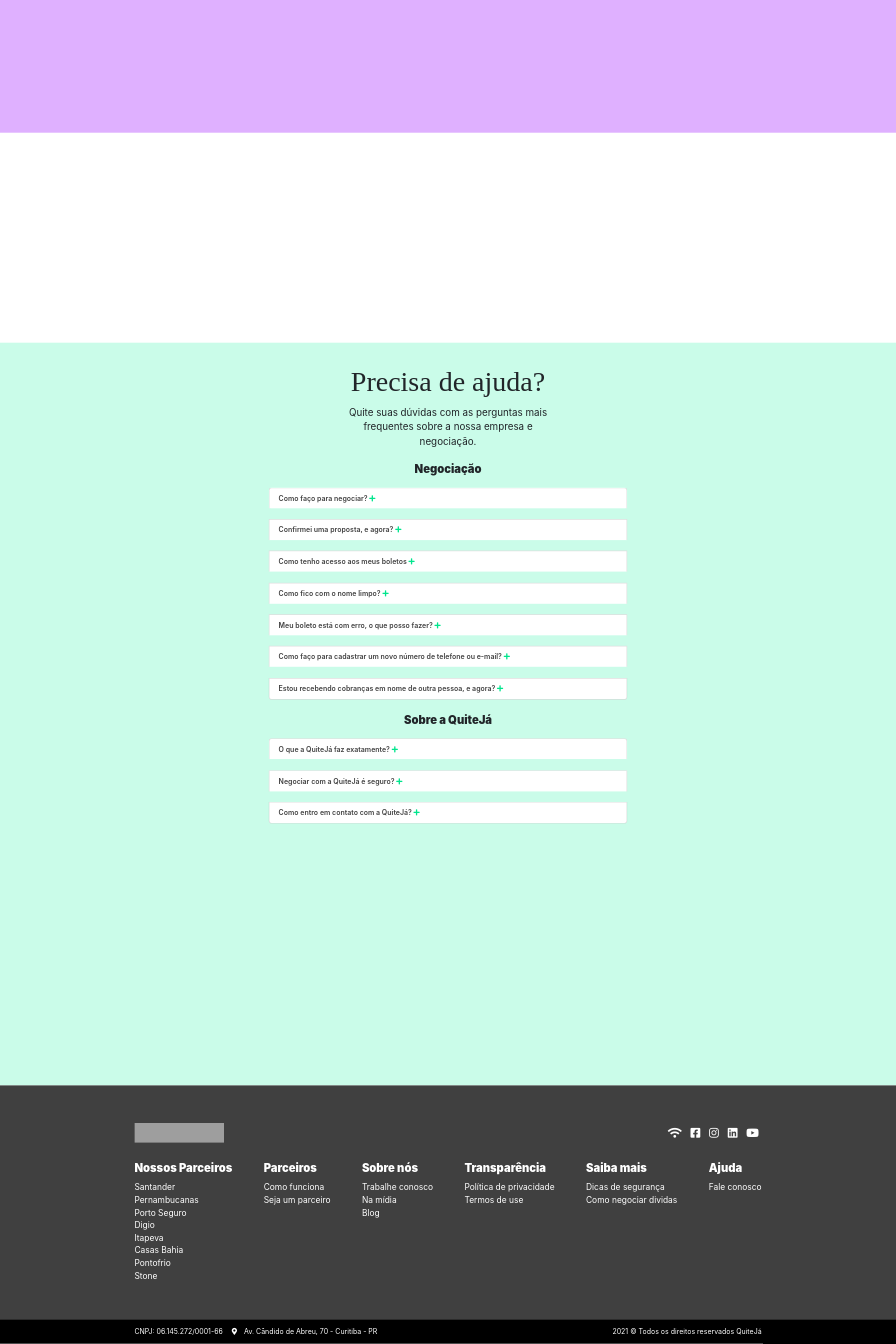
Repository: dasilvaoscar/estudos
Page: Layouts/index.html
An editor plug-in stored every save of this project. The page is shown before and after a run of saves, followed by the edit.
The browser window is 1280 px wide. The pictures show the part of the page from y = 3191 to 5111 px (the page is 5111 px tall), at 70% of full size.
Pictures or frames that could not be fetched are drawn as grey boxes. Some web fonts or font styles are not loaded; a fallback is used.

Above is the page before, as saved 2021-01-29 13:11:51.

### Layouts/index.html
<!doctype html>
<html lang="pt-BR">

<head>
    <title>QuiteJá</title>
    <!-- Required meta tags -->
    <meta charset="utf-8">
    <meta name="viewport" content="width=device-width, initial-scale=1, shrink-to-fit=no">
    <meta http-equiv="X-UA-Compatible" content="ie=edge" />
    <link rel="preconnect" href="https://fonts.gstatic.com">
    <link href="https://fonts.googleapis.com/css2?family=Fredoka+One&display=swap" rel="stylesheet">

    <!-- Bootstrap CSS -->
    <link rel="shortcut icon" href="./assets/img/favicon.png" type="image/x-icon">
    <link href="./assets/css/normalize.css" rel="stylesheet" />
    <link href="./assets/css/reset.css" rel="stylesheet" />
    <link rel="stylesheet" href="https://stackpath.bootstrapcdn.com/bootstrap/4.3.1/css/bootstrap.min.css"
        integrity="sha384-ggOyR0iXCbMQv3Xipma34MD+dH/1fQ784/j6cY/iJTQUOhcWr7x9JvoRxT2MZw1T" crossorigin="anonymous">
    <link href="./assets/css/style.css" rel="stylesheet" />
</head>

<body>
    <section class="warning">
        <p class="warning-text">
            <span>Aviso: </span>Não realizamos nenhuma negociação por WhatsApp ou Facebook.
            Negociamos somente aqui no nosso site
            <a class="close-link">
                <i class="fas fa-times"></i>
            </a>
        </p>
    </section>
    <header>
        <figure>
            <img src="./assets/img/logo-quiteja.png" alt="Logo QuiteJá" title="Logo QuiteJá">
        </figure>
        <nav>
            <ul class="nav-bar-links">
                <li>
                    <a href="#">Home</a>
                </li>
                <li>
                    <a href="#">Sobre nós</a>
                </li>
                <li>
                    <a href="#">Parceiros
                        <i class="fas fa-angle-down menu-icons"></i>
                    </a>
                </li>
                <li>
                    <a href="#">Blog</a>
                </li>
                <li>
                    <a href="#">Saiba Mais
                        <i class="fas fa-angle-down menu-icons"></i>
                    </a>
                </li>
                <li>
                    <a href="#">Ajuda</a>
                </li>
                <li>
                    <a class="btn btn-primary btn-billet" href="#" role="button">Meus boletos</a>
                </li>
                <li>
                    <a href=""><i class="fa fa-search" aria-hidden="true"></i></a>
                </li>
            </ul>
        </nav>
    </header>
    <article>
        <section class="negotiate-your-debts"></section>
        <section class="clean-your-name"></section>
        <section class="partners"></section>
        <section class="how-we-do-it-differently"></section>
        <section class="help-a-millions"></section>
        <section class="our-clients"></section>
        <section class="help">
            <div class="help-content">
                <h1>Precisa de ajuda?</h1>
                <p>
                    Quite suas dúvidas com as perguntas mais
                    frequentes sobre a nossa empresa e negociação.
                </p>
            </div>
            <h6>Negociação</h6>
            <div class="accordion" id="accordionExample">
                <div class="card card-help">
                    <div id="headingOne">
                        <h2 class="mb-0">
                            <button class="btn btn-link btn-block text-left btn-help" type="button"
                                data-toggle="collapse" data-target="#collapseOne" aria-expanded="false"
                                aria-controls="collapseOne">
                                Como faço para negociar? <i class="fa fa-plus" aria-hidden="true"></i>
                            </button>
                        </h2>
                    </div>

                    <div id="collapseOne" class="collapse" aria-labelledby="headingOne" data-parent="#accordionExample">
                        <div class="card-body">
                            Some placeholder content for the first accordion panel. This panel is shown by default,
                            thanks to the <code>.show</code> class.
                        </div>
                    </div>
                </div>
                <div class="card card-help">
                    <div id="headingTwo">
                        <h2 class="mb-0">
                            <button class="btn btn-link btn-block text-left collapsed btn-help" type="button"
                                data-toggle="collapse" data-target="#collapseTwo" aria-expanded="false"
                                aria-controls="collapseTwo">
                                Confirmei uma proposta, e agora? <i class="fa fa-plus" aria-hidden="true"></i>
                            </button>
                        </h2>
                    </div>
                    <div id="collapseTwo" class="collapse" aria-labelledby="headingTwo" data-parent="#accordionExample">
                        <div class="card-body">

                        </div>
                    </div>
                </div>
                <div class="card card-help">
                    <div id="headingThree">
                        <h2 class="mb-0">
                            <button class="btn btn-link btn-block text-left collapsed btn-help" type="button"
                                data-toggle="collapse" data-target="#collapseThree" aria-expanded="false"
                                aria-controls="collapseThree">
                                Como tenho acesso aos meus boletos <i class="fa fa-plus" aria-hidden="true"></i>
                            </button>
                        </h2>
                    </div>
                    <div id="collapseThree" class="collapse" aria-labelledby="headingThree"
                        data-parent="#accordionExample">
                        <div class="card-body">
                            And lastly, the placeholder content for the third and final accordion panel. This panel
                            is hidden by default.
                        </div>
                    </div>
                </div>
                <div class="card card-help">
                    <div id="headingFour">
                        <h2 class="mb-0">
                            <button class="btn btn-link btn-block text-left collapsed btn-help" type="button"
                                data-toggle="collapse" data-target="#collapseFour" aria-expanded="false"
                                aria-controls="collapseFour">
                                Como fico com o nome limpo? <i class="fa fa-plus" aria-hidden="true"></i>
                            </button>
                        </h2>
                    </div>
                    <div id="collapseFour" class="collapse" aria-labelledby="headingFour"
                        data-parent="#accordionExample">
                        <div class="card-body">
                            And lastly, the placeholder content for the third and final accordion panel. This panel
                            is hidden by default.
                        </div>
                    </div>
                </div>
                <div class="card card-help">
                    <div id="headingFive">
                        <h2 class="mb-0">
                            <button class="btn btn-link btn-block text-left collapsed btn-help" type="button"
                                data-toggle="collapse" data-target="#collapseFive" aria-expanded="false"
                                aria-controls="collapseFive">
                                Meu boleto está com erro, o que posso fazer? <i class="fa fa-plus" aria-hidden="true"></i>
                            </button>
                        </h2>
                    </div>
                    <div id="collapseFive" class="collapse" aria-labelledby="headingFive"
                        data-parent="#accordionExample">
                        <div class="card-body">
                            And lastly, the placeholder content for the third and final accordion panel. This panel
                            is hidden by default.
                        </div>
                    </div>
                </div>
                <div class="card card-help">
                    <div id="headingSix">
                        <h2 class="mb-0">
                            <button class="btn btn-link btn-block text-left collapsed btn-help" type="button"
                                data-toggle="collapse" data-target="#collapseSix" aria-expanded="false"
                                aria-controls="collapseSix">
                                Como faço para cadastrar um novo número de telefone ou e-mail? <i class="fa fa-plus" aria-hidden="true"></i>
                            </button>
                        </h2>
                    </div>
                    <div id="collapseSix" class="collapse" aria-labelledby="headingSix" data-parent="#accordionExample">
                        <div class="card-body">
                            And lastly, the placeholder content for the third and final accordion panel. This panel
                            is hidden by default.
                        </div>
                    </div>
                </div>
                <div class="card card-help">
                    <div id="headingSeven">
                        <h2 class="mb-0">
                            <button class="btn btn-link btn-block text-left collapsed btn-help" type="button"
                                data-toggle="collapse" data-target="#collapseSeven" aria-expanded="false"
                                aria-controls="collapseSeven">
                                Estou recebendo cobranças em nome de outra pessoa, e agora? <i class="fa fa-plus" aria-hidden="true"></i>
                            </button>
                        </h2>
                    </div>
                    <div id="collapseSeven" class="collapse" aria-labelledby="headingSeven"
                        data-parent="#accordionExample">
                        <div class="card-body">
                            And lastly, the placeholder content for the third and final accordion panel. This panel
                            is hidden by default.
                        </div>
                    </div>
                </div>
            </div>

            <h6>Sobre a QuiteJá</h6>
            <div class="accordion" id="accordionExample">
                <div class="card card-help">
                    <div id="headingEight">
                        <h2 class="mb-0">
                            <button class="btn btn-link btn-block text-left btn-help" type="button"
                                data-toggle="collapse" data-target="#collapseEight" aria-expanded="false"
                                aria-controls="collapseEight">
                                O que a QuiteJá faz exatamente? <i class="fa fa-plus" aria-hidden="true"></i>
                            </button>
                        </h2>
                    </div>

                    <div id="collapseEight" class="collapse" aria-labelledby="headingEight"
                        data-parent="#accordionExample">
                        <div class="card-body">
                            Some placeholder content for the first accordion panel. This panel is shown by default,
                            thanks to the <code>.show</code> class.
                        </div>
                    </div>
                </div>
                <div class="card card-help">
                    <div id="headingNine">
                        <h2 class="mb-0">
                            <button class="btn btn-link btn-block text-left collapsed btn-help" type="button"
                                data-toggle="collapse" data-target="#collapseNine" aria-expanded="false"
                                aria-controls="collapseNine">
                                Negociar com a QuiteJá é seguro? <i class="fa fa-plus" aria-hidden="true"></i>
                            </button>
                        </h2>
                    </div>
                    <div id="collapseNine" class="collapse" aria-labelledby="headingNine"
                        data-parent="#accordionExample">
                        <div class="card-body">
                            Some placeholder content for the second accordion panel. This panel is hidden by
                            default.
                        </div>
                    </div>
                </div>
                <div class="card card-help">
                    <div id="headingTen">
                        <h2 class="mb-0">
                            <button class="btn btn-link btn-block text-left collapsed btn-help" type="button"
                                data-toggle="collapse" data-target="#collapseTen" aria-expanded="false"
                                aria-controls="collapseTen">
                                Como entro em contato com a QuiteJá? <i class="fa fa-plus" aria-hidden="true"></i>
                            </button>
                        </h2>
                    </div>
                    <div id="collapseTen" class="collapse" aria-labelledby="headingTen" data-parent="#accordionExample">
                        <div class="card-body">
                            And lastly, the placeholder content for the third and final accordion panel. This panel
                            is hidden by default.
                        </div>
                    </div>
                </div>
            </div>
        </section>
    </article>
    <footer>
        <div class="big-footer">
            <div class="big-footer-content">
                <section class="social">
                    <figure class="logo-footer">
                        <img src="./assets/img/footer-logo.png" alt="">
                    </figure>
                    <div class="social-icons">
                        <i class="fas fa-wifi" aria-hidden="true"></i>
                        <i class="fab fa-facebook-square" aria-hidden="true"></i>
                        <i class="fab fa-instagram" aria-hidden="true"></i>
                        <i class="fab fa-linkedin" aria-hidden="true"></i>
                        <i class="fab fa-youtube" aria-hidden="true"></i>
                    </div>
                </section>
                <section class="footer-links">
                    <div class="footer-links-subtitle">
                        <h6>Nossos Parceiros</h6>
                        <a href="#">Santander</a>
                        <a href="#">Pernambucanas</a>
                        <a href="#">Porto Seguro</a>
                        <a href="#">Digio</a>
                        <a href="#">Itapeva</a>
                        <a href="#">Casas Bahia</a>
                        <a href="#">Pontofrio</a>
                        <a href="#">Stone</a>
                    </div>
                    <div class="footer-links-subtitle">
                        <h6>Parceiros</h6>
                        <a href="#">Como funciona</a>
                        <a href="#">Seja um parceiro</a>
                    </div>
                    <div class="footer-links-subtitle">
                        <h6>Sobre nós</h6>
                        <a href="#">Trabalhe conosco</a>
                        <a href="#">Na mídia</a>
                        <a href="#">Blog</a>
                    </div>
                    <div class="footer-links-subtitle">
                        <h6>Transparência</h6>
                        <a href="#">Política de privacidade</a>
                        <a href="#">Termos de use</a>
                    </div>
                    <div class="footer-links-subtitle">
                        <h6>Saiba mais</h6>
                        <a href="#">Dicas de segurança</a>
                        <a href="#">Como negociar dividas</a>
                    </div>
                    <div class="footer-links-subtitle">
                        <h6>Ajuda</h6>
                        <a href="#">Fale conosco</a>
                    </div>
                </section>
            </div>
        </div>
        <div class="little-footer">
            <div class="little-footer-content">
                <section class="information">
                    <p>CNPJ: 06.145.272/0001-66
                        <i class="fas fa-map-marker-alt footer-icons"></i>Av. Cândido de Abreu, 70 - Curitiba - PR
                    </p>
                </section>
                <section class="copyrights">
                    <p>2021 &copy Todos os direitos reservados QuiteJá</p>
                </section>
            </div>
        </div>
    </footer>

    <!-- Optional JavaScript -->
    <!-- jQuery first, then Popper.js, then Bootstrap JS -->
    <link rel="stylesheet" href="https://cdnjs.cloudflare.com/ajax/libs/font-awesome/5.15.2/css/all.min.css"
        integrity="sha512-HK5fgLBL+xu6dm/Ii3z4xhlSUyZgTT9tuc/hSrtw6uzJOvgRr2a9jyxxT1ely+B+xFAmJKVSTbpM/CuL7qxO8w=="
        crossorigin="anonymous" />
    <script src="https://code.jquery.com/jquery-3.3.1.slim.min.js"
        integrity="sha384-q8i/X+965DzO0rT7abK41JStQIAqVgRVzpbzo5smXKp4YfRvH+8abtTE1Pi6jizo" crossorigin="anonymous">
    </script>
    <script src="https://cdnjs.cloudflare.com/ajax/libs/popper.js/1.14.7/umd/popper.min.js"
        integrity="sha384-UO2eT0CpHqdSJQ6hJty5KVphtPhzWj9WO1clHTMGa3JDZwrnQq4sF86dIHNDz0W1" crossorigin="anonymous">
    </script>
    <script src="https://stackpath.bootstrapcdn.com/bootstrap/4.3.1/js/bootstrap.min.js"
        integrity="sha384-JjSmVgyd0p3pXB1rRibZUAYoIIy6OrQ6VrjIEaFf/nJGzIxFDsf4x0xIM+B07jRM" crossorigin="anonymous">
    </script>
</body>

</html>

Loaded but not shown: Layouts/assets/css/normalize.css (library); Layouts/assets/css/reset.css (common file); Layouts/assets/css/style.css (271 lines, source omitted)

After the next 2 saves:
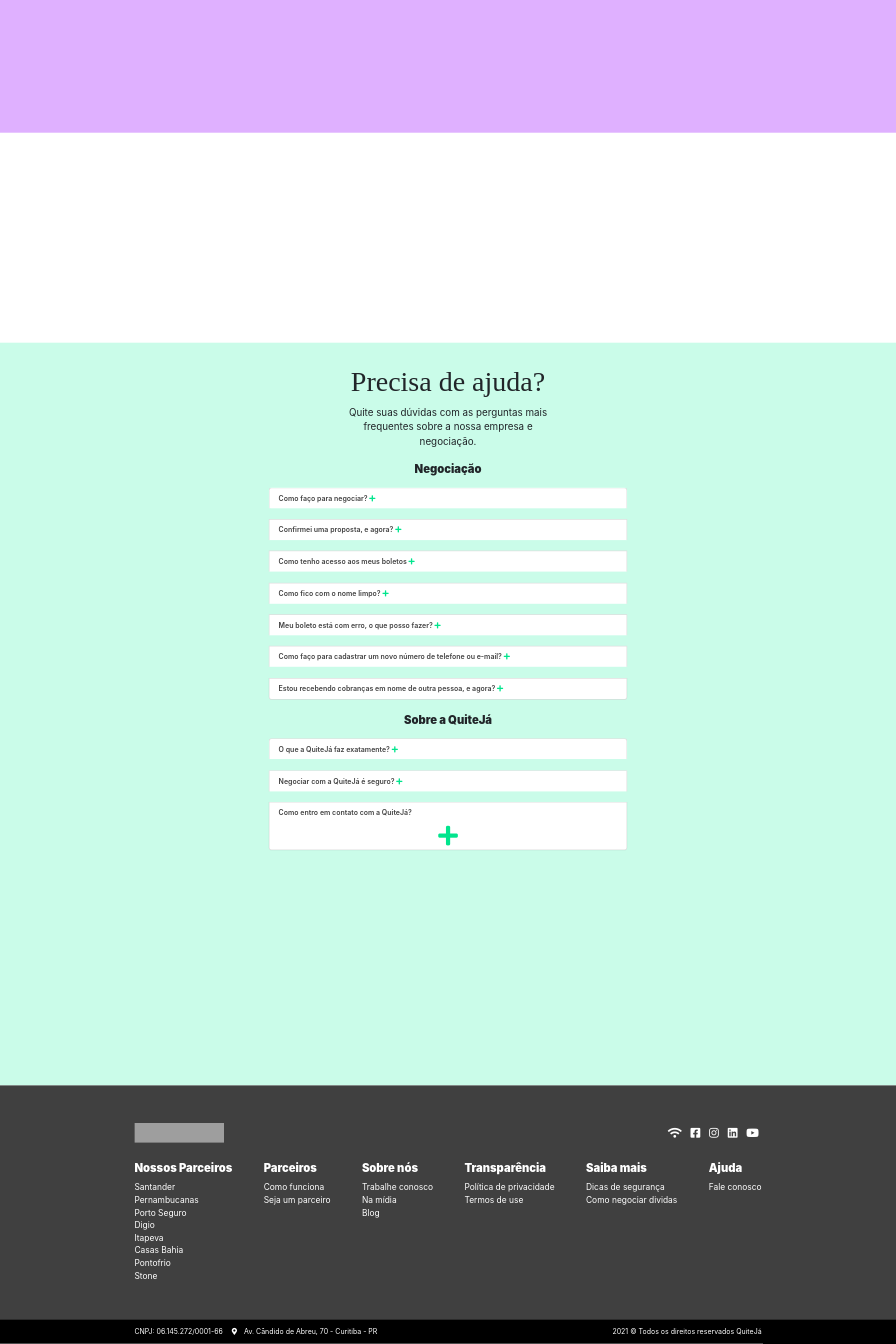
The 2 saves are shown as one change because they came seconds apart.
The last was saved 17 s later.
--- a/Layouts/index.html
+++ b/Layouts/index.html
@@ -253,8 +253,9 @@
                             <button class="btn btn-link btn-block text-left collapsed btn-help" type="button"
                                 data-toggle="collapse" data-target="#collapseTen" aria-expanded="false"
                                 aria-controls="collapseTen">
-                                Como entro em contato com a QuiteJá? <i class="fa fa-plus" aria-hidden="true"></i>
-                            </button>
+                                Como entro em contato com a QuiteJá?
+                            </button>
+                            <i class="fa fa-plus" aria-hidden="true"></i>
                         </h2>
                     </div>
                     <div id="collapseTen" class="collapse" aria-labelledby="headingTen" data-parent="#accordionExample">

After the save that followed:
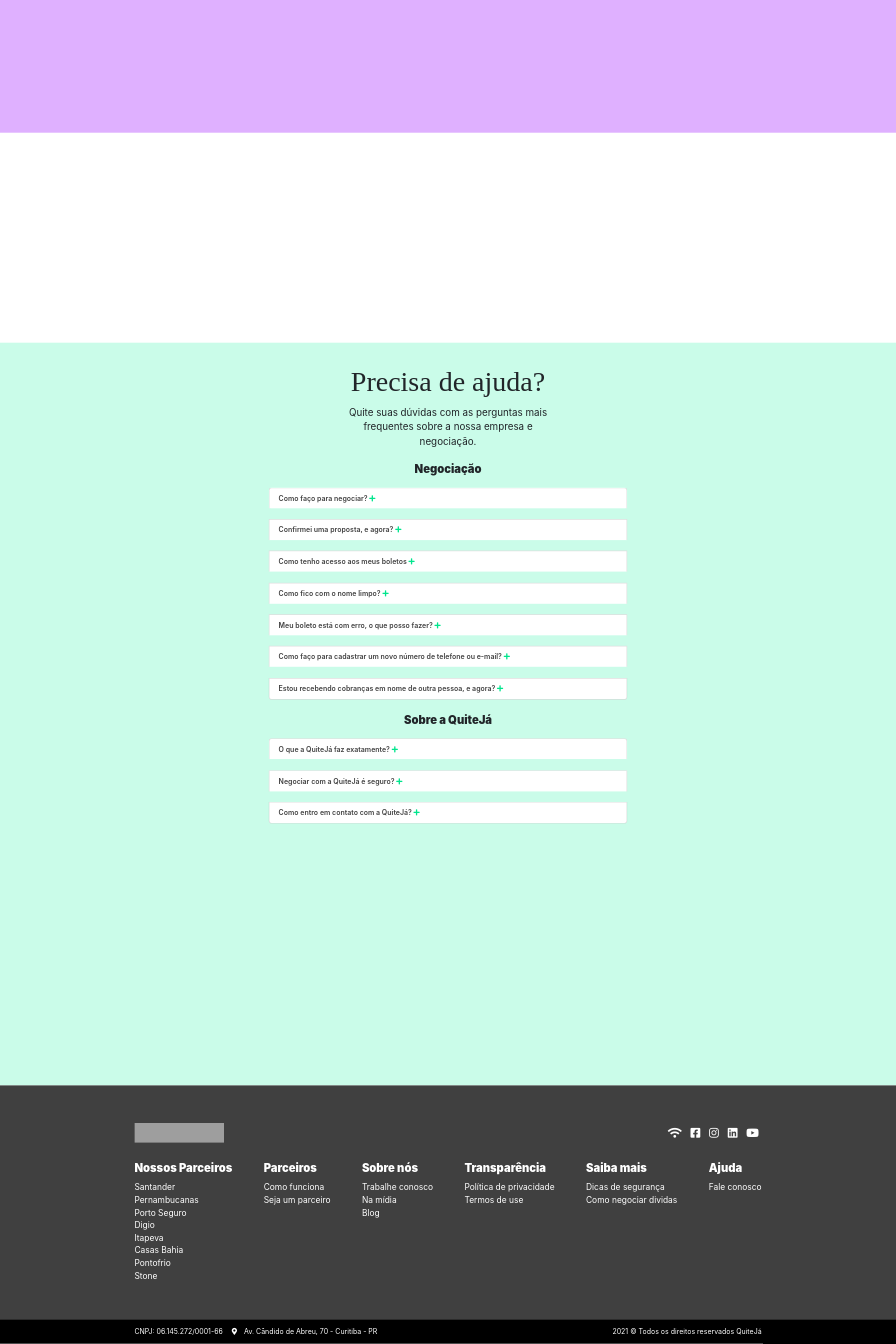
Saved 6 s later.
--- a/Layouts/index.html
+++ b/Layouts/index.html
@@ -253,9 +253,8 @@
                             <button class="btn btn-link btn-block text-left collapsed btn-help" type="button"
                                 data-toggle="collapse" data-target="#collapseTen" aria-expanded="false"
                                 aria-controls="collapseTen">
-                                Como entro em contato com a QuiteJá?
-                            </button>
-                            <i class="fa fa-plus" aria-hidden="true"></i>
+                                Como entro em contato com a QuiteJá? <i class="fa fa-plus" aria-hidden="true"></i>
+                            </button>
                         </h2>
                     </div>
                     <div id="collapseTen" class="collapse" aria-labelledby="headingTen" data-parent="#accordionExample">
